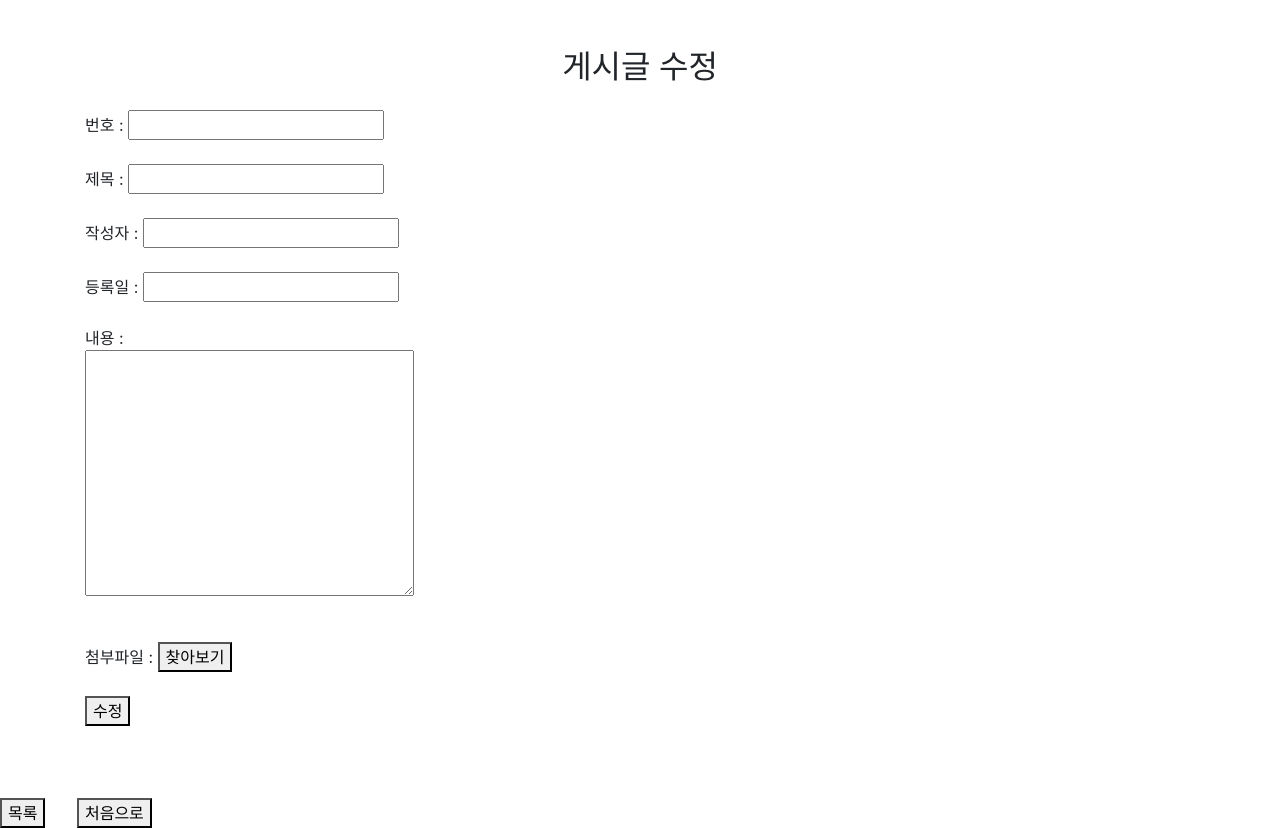
Repository: bbqju13/simai
Page: http://localhost/zip/WEB-INF/views/board/modify.jsp
The author's editor kept a copy of each file at every save. The page is drawn from the files as they stood at one save, then again after the next save.
The browser window is 1280 px wide. The pictures show the whole page.
The page is served by Tomcat 9. Nobody is signed in. Other server files are loaded and not shown. The template is opened directly, without the code that normally fills it, so the values that code supplies are empty.

Above is the page before, as saved 2023-06-20 01:16:17.

### zip/src/main/webapp/WEB-INF/views/board/modify.jsp
<%@ page language="java" contentType="text/html; charset=UTF-8"
	pageEncoding="UTF-8"%>
<%@ taglib uri="http://java.sun.com/jsp/jstl/core" prefix="c"%>
<%@ taglib uri="http://java.sun.com/jsp/jstl/functions" prefix="fn"%>
<!DOCTYPE html>
<html>
<head>
<meta charset="UTF-8">
<title>MODIFY</title>
<link rel="stylesheet" href="https://stackpath.bootstrapcdn.com/bootstrap/4.3.1/css/bootstrap.min.css">

</head>
<body>
<div class="container py-5">
<h2 class="text-center mb-4">게시글 수정</h2>
	<form action="/board/modify" method="post"
		enctype="multipart/form-data">
		번호 : <input type="text" name="bno" value="${boardDTO.bvo.bno }"
			readonly="readonly"> <br> <br> 제목 : <input
			type="text" name="title" value="${boardDTO.bvo.title }"> <br>
		<br> 작성자 : <input type="text" name="writer"
			value="${boardDTO.bvo.writer }" readonly="readonly"> <br>
		<br> 등록일 : <input type="text" name="reg_date"
			value="${boardDTO.bvo.reg_date }" readonly="readonly"> <br>
		<br> 내용 : <br>
		<textarea rows="10" cols="30" name="content">${boardDTO.bvo.content }</textarea>
		<br> <br>

		<div>
			<c:set var="flist" value="#{boardDTO.flist }"></c:set>
			<ul>
				<c:forEach items="${flist }" var="fvo">
					<li><c:choose>
							<c:when test="${fvo.file_type > 0 }">
								<div>
									<img alt="XXX"
										src="/upload/${fn:replace(fvo.save_dir, '\\','/') }/${fvo.uuid}_th_${fvo.file_name}">
								</div>
							</c:when>
							<c:otherwise>
								<div>
									<!-- 클립모양 같은 파일 아이콘 모양 값을 넣을 수 있음. -->
								</div>
							</c:otherwise>
						</c:choose>

						<div>${fvo.file_name }</div>


						<button type="button" data-uuid="${fvo.uuid }" class="file-x">X</button>
						<br>
						<hr></li>
				</c:forEach>
			</ul>
		</div>
		<!-- 파일등록 -->
		첨부파일 : <input type="file" id="file" name="files" multiple
			style="display: none">
		<button type="button" id="trigger">찾아보기</button>
		<br> <br>
		<div id="fileZone"></div>
		<button id="regBtn">수정</button>
	</form>
</div>
	<br>
	<a href="/board/list">
		<button type="button">목록</button>
	</a> &nbsp &nbsp &nbsp
	<a href="/">
		<button type="button">처음으로</button>
	</a> &nbsp &nbsp &nbsp


	 <script src="https://code.jquery.com/jquery-3.3.1.slim.min.js"></script>
    <script src="https://stackpath.bootstrapcdn.com/bootstrap/4.3.1/js/bootstrap.min.js"></script>
	<script type="text/javascript" src="/resources/js/boardRegister.js"></script>
	<script type="text/javascript" src="/resources/js/boardModify.js"></script>
</body>
</html>

### zip/src/main/webapp/resources/js/boardRegister.js
document.getElementById('trigger').addEventListener('click',()=>{
    document.getElementById('file').click();
})

const regExp = new RegExp("\.(exe|sh|bat|msi|dll|js)$");
const regExpImg = new RegExp("\.(jpg|jpeg|png|gif|bmp)$");

const maxSize = 1024*1024*20;
function fileSizeValidation(fileName, fileSize){
    if(regExp.test(fileName)){
        return 0;
    }else if(fileSize > maxSize){
        return 0;
    }else if(!regExpImg.test(fileName)){
        return 0;
    }
    else{
        return 1;
    }
}

document.addEventListener('change',(e)=>{
    console.log('e >>>>> : ' + e.target);
    if(e.target.id == 'file'){
        document.getElementById('regBtn').disabled = false;
        const fileObj = document.getElementById('file').files;
        console.log(fileObj);

        let div = document.getElementById('fileZone');
        div.innerHTML = '';
        let ul = `<ul>`;
        let isOk = 1;
        for(let file of fileObj){
            let vaildResult = fileSizeValidation(file.name, file.size);
            isOk *= vaildResult;
            ul += `<li>`;
            ul += `${vaildResult ? '<div>업로드 가능' : '<div>업로드 불가능'} </div>`;
            ul += `${file.name}`;
            ul += `<span class="badge rounded-pill text-bg-${vaildResult ? 'success' : 'danger'}">${file.size} Bytes </span></li>`;
        }
        ul += `</ul>`;
        div.innerHTML = ul;

        if(isOk == 0){
            document.getElementById('regBtn').disabled = true;
        }
    }
})

### zip/src/main/webapp/resources/js/boardModify.js
async function removeFileToServer(uuid){
    try{
        const url = '/board/file/'+uuid;
        const config ={
            method : 'delete'
        };
        const resp = await fetch(url, config);
        const result = await resp.text();
        return result;
    }catch(err){
        console.log(err);
    }
}



document.addEventListener('click', (e)=>{
    console.log(e.target);
    if(e.target.classList.contains('file-x')){
        let uuid = e.target.dataset.uuid;
        console.log("uuid >>>>> : "+uuid);
        removeFileToServer(uuid).then(result =>{
            console.log(result);
            if(result>0){
                alert('파일삭제 성공');
                e.target.closest('li').remove();
            }
        })
    }
})

After the next save:
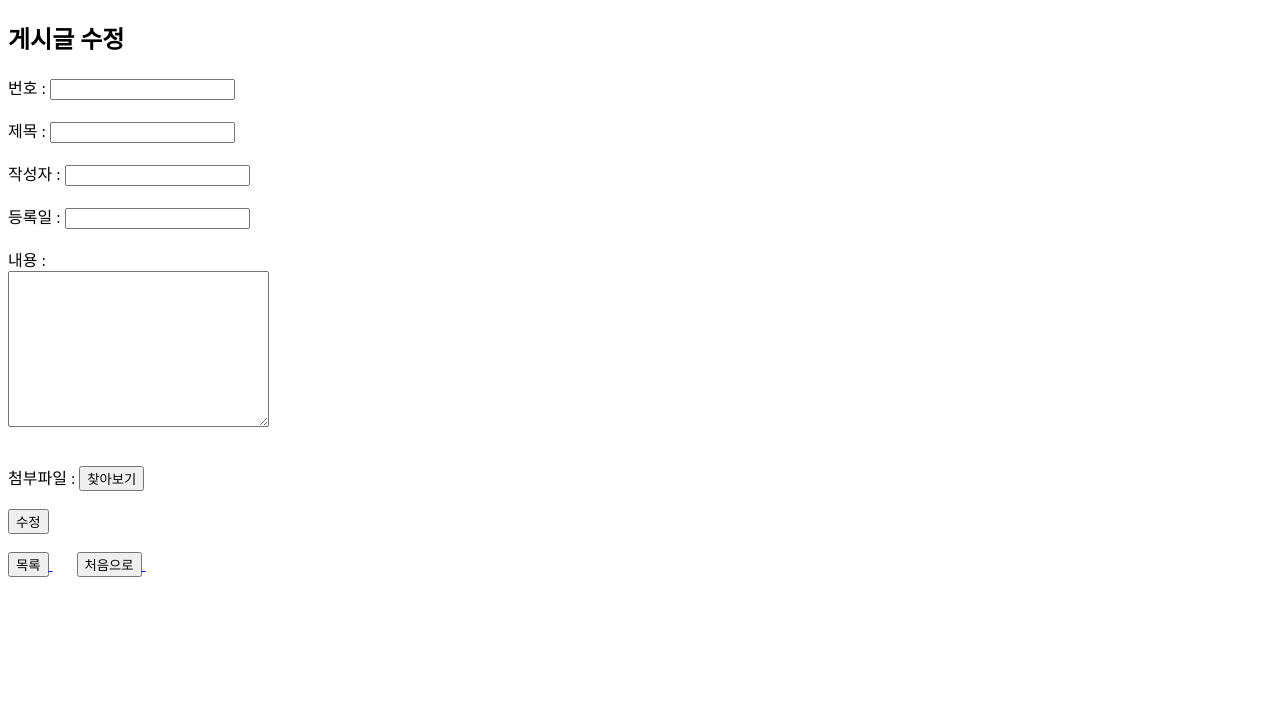
Saved 2 min 8 s later.
--- a/zip/src/main/webapp/WEB-INF/views/board/modify.jsp
+++ b/zip/src/main/webapp/WEB-INF/views/board/modify.jsp
@@ -7,7 +7,6 @@
 <head>
 <meta charset="UTF-8">
 <title>MODIFY</title>
-<link rel="stylesheet" href="https://stackpath.bootstrapcdn.com/bootstrap/4.3.1/css/bootstrap.min.css">
 
 </head>
 <body>
@@ -71,8 +70,7 @@
 	</a> &nbsp &nbsp &nbsp
 
 
-	 <script src="https://code.jquery.com/jquery-3.3.1.slim.min.js"></script>
-    <script src="https://stackpath.bootstrapcdn.com/bootstrap/4.3.1/js/bootstrap.min.js"></script>
+
 	<script type="text/javascript" src="/resources/js/boardRegister.js"></script>
 	<script type="text/javascript" src="/resources/js/boardModify.js"></script>
 </body>
